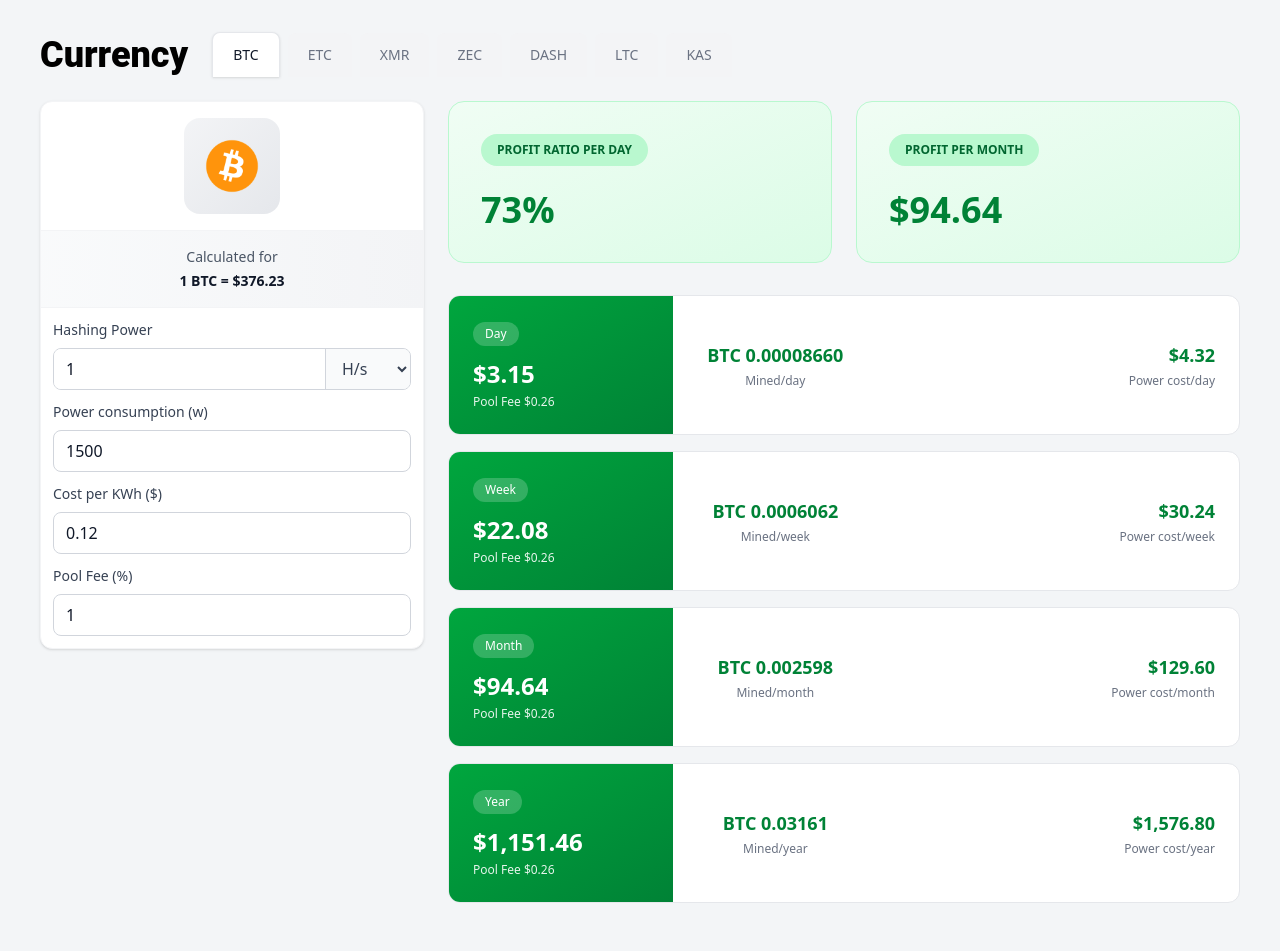
Repository: Bilal-Ahmad-CodeMaster/crypto-proj
Page: /
An editor plug-in stored every save of this project. The page is shown before and after a run of saves, followed by the edit.
The browser window is 1280 px wide. The pictures show the whole page.
The project was rebuilt for these pictures with package versions that can differ from the ones it lists, and the page was loaded fresh each time. The framework's server and built-in components were replaced by stand-ins that run in the browser. Also part of the build but not shown: next.config.ts.

Above is the page before, as saved 2025-11-25 22:09:18.

After the next 2 saves:
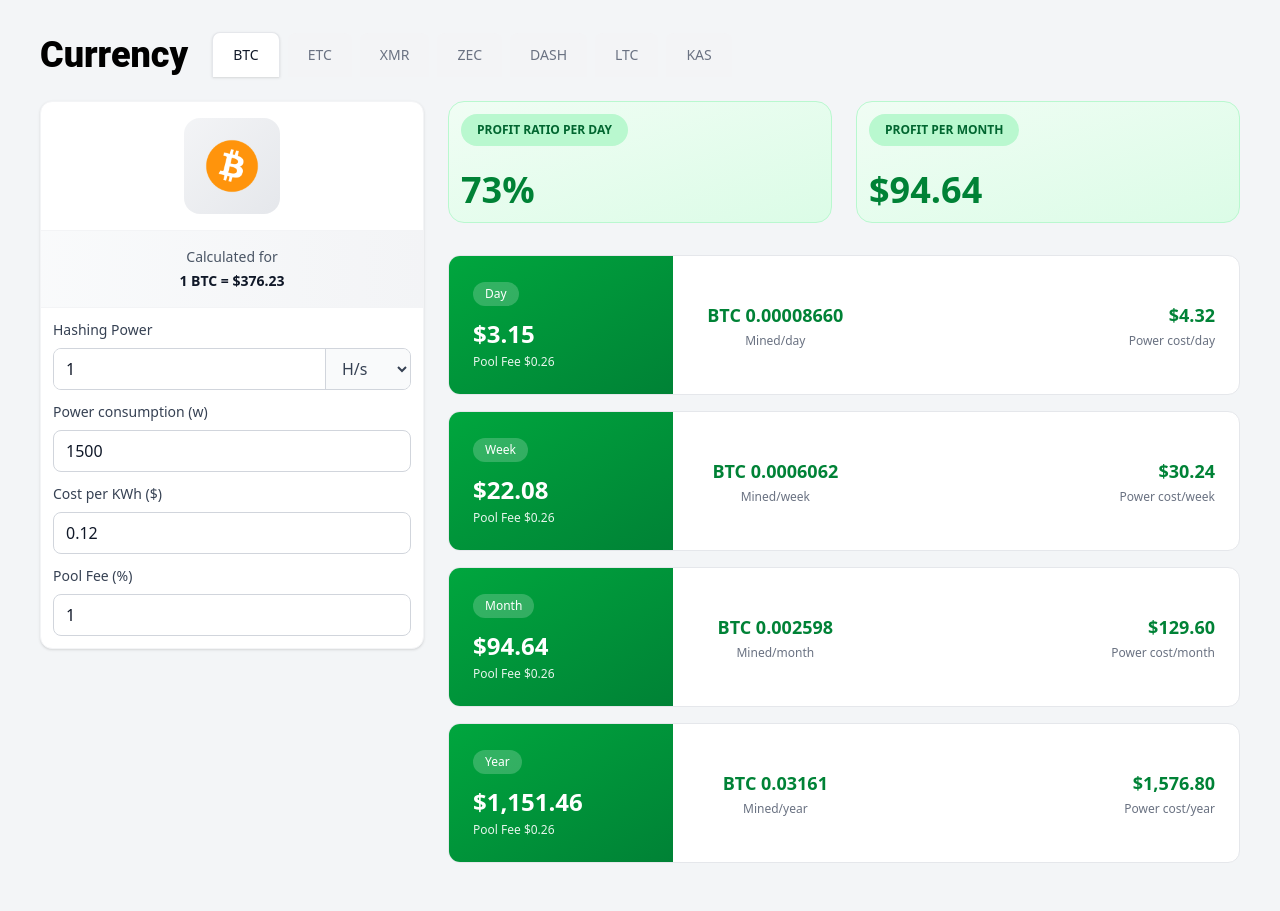
The 2 saves are shown as one change because they came seconds apart.
The last was saved 48 s later.
--- a/src/app/components/ResultCards.tsx
+++ b/src/app/components/ResultCards.tsx
@@ -38,7 +38,7 @@
     return (
         <div>
             <div className="grid grid-cols-2 gap-6 mb-8">
-                <div className={`rounded-2xl p-8 ${positive ? 'bg-gradient-to-br from-green-50 to-green-100 border border-green-200' : 'bg-gradient-to-br from-red-50 to-red-100 border border-red-200'}`}>
+                <div className={`rounded-2xl p-3 ${positive ? 'bg-gradient-to-br from-green-50 to-green-100 border border-green-200' : 'bg-gradient-to-br from-red-50 to-red-100 border border-red-200'}`}>
                     <div className={`text-xs font-semibold ${positive ? 'bg-green-200 text-green-800' : 'bg-red-200 text-red-800'} inline-block px-4 py-2 rounded-full`}>
                         PROFIT RATIO PER DAY
                     </div>
@@ -47,7 +47,7 @@
                     </div>
                 </div>
 
-                <div className={`rounded-2xl p-8 ${positive ? 'bg-gradient-to-br from-green-50 to-green-100 border border-green-200' : 'bg-gradient-to-br from-red-50 to-red-100 border border-red-200'}`}>
+                <div className={`rounded-2xl p-3 ${positive ? 'bg-gradient-to-br from-green-50 to-green-100 border border-green-200' : 'bg-gradient-to-br from-red-50 to-red-100 border border-red-200'}`}>
                     <div className={`text-xs font-semibold ${positive ? 'bg-green-200 text-green-800' : 'bg-red-200 text-red-800'} inline-block px-4 py-2 rounded-full`}>
                         PROFIT PER MONTH
                     </div>
